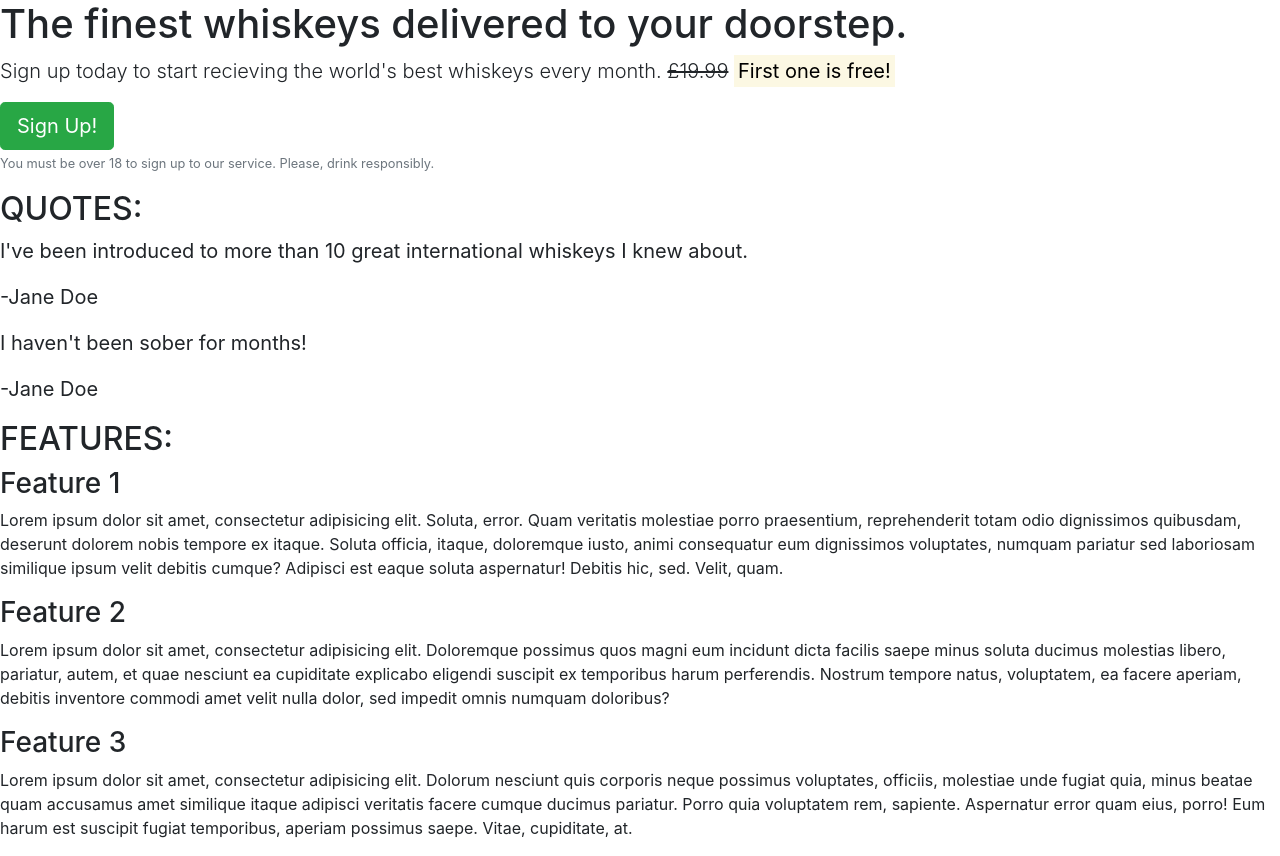
Repository: Leannald13/whiskey-project
Page: index.html
The author's editor kept a record of every edit. The page is drawn from the files as they stood at one moment, then again after the next edit.
The browser window is 1280 px wide. The pictures show the whole page.

Above is the page before.
Console error: TypeError: Cannot read properties of undefined (reading 'fn')

### index.html
<!DOCTYPE html>
<html lang="en">
<head>
    <meta charset="UTF-8">
    <meta name="viewport" content="width=device-width, initial-scale=1.0">
    <meta http-equiv="X-UA-Compatible" content="ie=edge">
    <link rel="stylesheet" href="https://stackpath.bootstrapcdn.com/bootstrap/4.1.3/css/bootstrap.min.css" integrity="sha384-MCw98/SFnGE8fJT3GXwEOngsV7Zt27NXFoaoApmYm81iuXoPkFOJwJ8ERdknLPMO" crossorigin="anonymous">
<script src="https://stackpath.bootstrapcdn.com/bootstrap/4.1.3/js/bootstrap.min.js" integrity="sha384-ChfqqxuZUCnJSK3+MXmPNIyE6ZbWh2IMqE241rYiqJxyMiZ6OW/JmZQ5stwEULTy" crossorigin="anonymous"></script>
    <title>Whiskey Drop: Taste a new whiskey every month</title>
</head>
<body>
    <article class="article">
        <section class="callout">
        <h1>The finest whiskeys delivered to your doorstep.</h1>
        <p class="lead">Sign up today to start recieving the world's best whiskeys every month.
        <s>£19.99</s> <strong><mark>First one is free!</mark></strong></p>
        <button class="btn btn-success btn-lg">Sign Up!</button>
        <p class="text-muted"><small>You must be over 18 to sign up to our service. Please, drink responsibly.</small></p>
         </section>
    <section class="quotes">
    <h2 class="text-uppercase">Quotes:</h2>
    <blockquote class="blockquote">
        <p>I've been introduced to more than 10 great international whiskeys I knew about.</p>
          <p>-Jane Doe</p>
    </blockquote>
      <blockquote class="blockquote">
         <p>I haven't been sober for months!</p>
         <p>-Jane Doe</p>
      </blockquote>
    </section>
    <section class="features">
        <h2 class="text-uppercase">Features:</h2>
        <div class="feature">
            <h3>Feature 1</h3>
            <p>Lorem ipsum dolor sit amet, consectetur adipisicing elit. Soluta, error. Quam veritatis molestiae porro praesentium, reprehenderit totam odio dignissimos quibusdam, deserunt dolorem nobis tempore ex itaque. Soluta officia, itaque, doloremque iusto, animi consequatur eum dignissimos voluptates, numquam pariatur sed laboriosam similique ipsum velit debitis cumque? Adipisci est eaque soluta aspernatur! Debitis hic, sed. Velit, quam.</p>
        </div>
        <div class="feature">
        <h3>Feature 2</h3>
        <p>Lorem ipsum dolor sit amet, consectetur adipisicing elit. Doloremque possimus quos magni eum incidunt dicta facilis saepe minus soluta ducimus molestias libero, pariatur, autem, et quae nesciunt ea cupiditate explicabo eligendi suscipit ex temporibus harum perferendis. Nostrum tempore natus, voluptatem, ea facere aperiam, debitis inventore commodi amet velit nulla dolor, sed impedit omnis numquam doloribus?</p>
        </div>
        <div class="feature">
          <h3>Feature 3</h3>
          <p>Lorem ipsum dolor sit amet, consectetur adipisicing elit. Dolorum nesciunt quis corporis neque possimus voluptates, officiis, molestiae unde fugiat quia, minus beatae quam accusamus amet similique itaque adipisci veritatis facere cumque ducimus pariatur. Porro quia voluptatem rem, sapiente. Aspernatur error quam eius, porro! Eum harum est suscipit fugiat temporibus, aperiam possimus saepe. Vitae, cupiditate, at.</p>
        </div>


    </section>
    </article>

</body>
</html>

After the next edit:
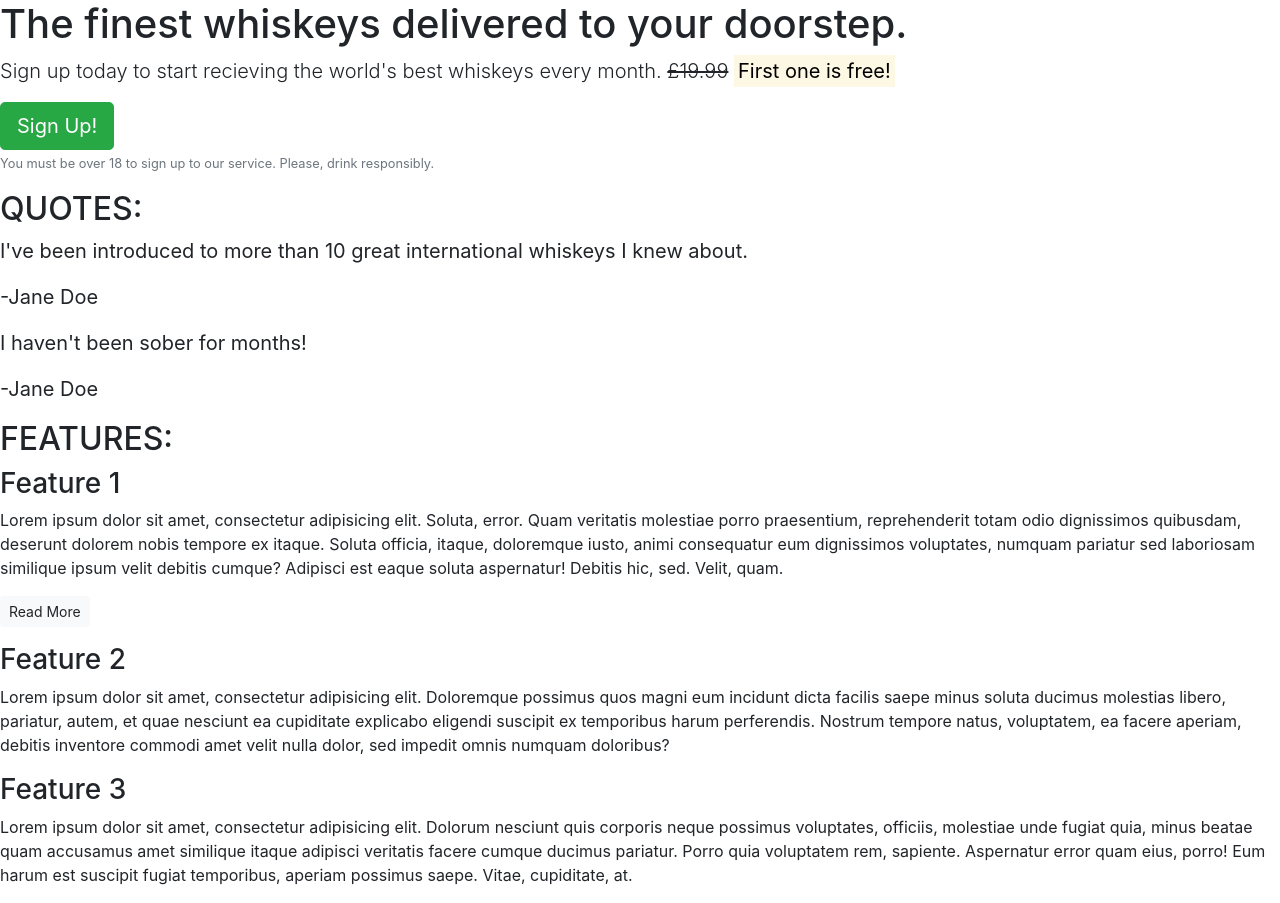
The edit:
--- a/index.html
+++ b/index.html
@@ -33,6 +33,7 @@
         <div class="feature">
             <h3>Feature 1</h3>
             <p>Lorem ipsum dolor sit amet, consectetur adipisicing elit. Soluta, error. Quam veritatis molestiae porro praesentium, reprehenderit totam odio dignissimos quibusdam, deserunt dolorem nobis tempore ex itaque. Soluta officia, itaque, doloremque iusto, animi consequatur eum dignissimos voluptates, numquam pariatur sed laboriosam similique ipsum velit debitis cumque? Adipisci est eaque soluta aspernatur! Debitis hic, sed. Velit, quam.</p>
+           <p><a class="btn btn-sm btn-light" href="">Read More</a></p>
         </div>
         <div class="feature">
         <h3>Feature 2</h3>
